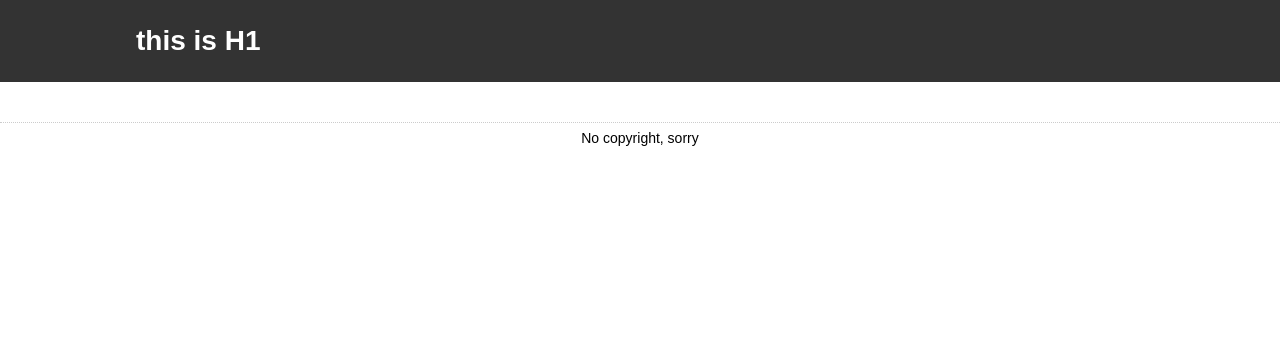
Repository: simonbcky/101
Page: http://localhost/j
The author's editor kept a record of every edit. The page is drawn from the files as they stood at one moment, then again after the next edit.
The browser window is 1280 px wide. The pictures show the whole page.
The page is served by the project's Node server (Jadestuff/index.js).

Above is the page before.

After the next edit:
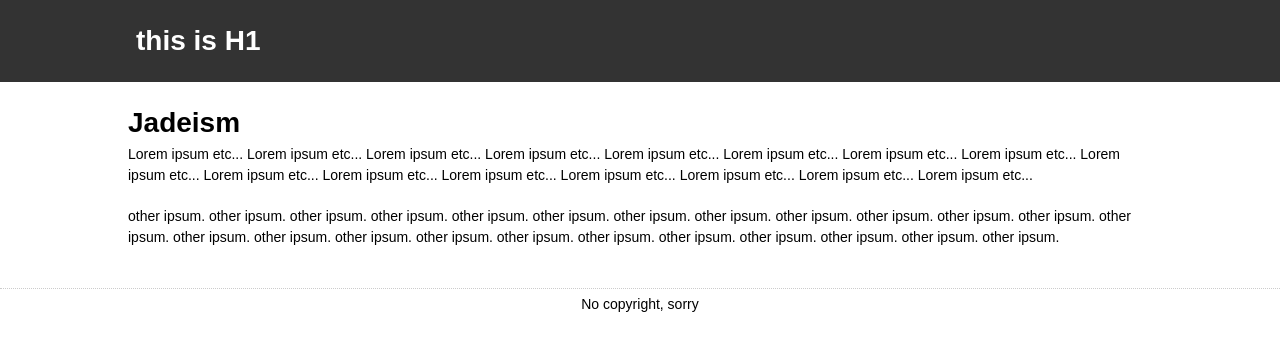
The edit:
--- a/Jadestuff/views/layout.jade
+++ b/Jadestuff/views/layout.jade
@@ -9,7 +9,6 @@
                 h1 this is H1
         .container
             .main-content
-            //content will come here when extended
                 block content
             .sidebar
             //sidebar will come here
